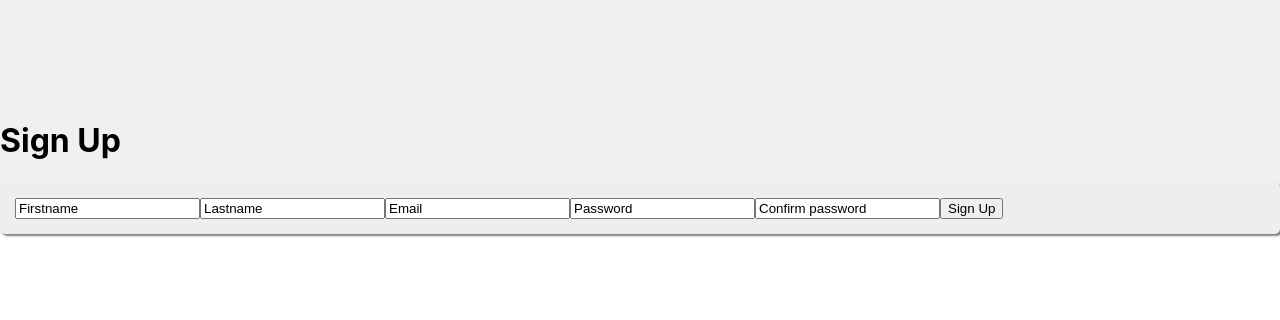
Repository: khamraeva/JSP-homework1-sighup
Page: /
These files come from the project's save history. The page is drawn as it stood at one moment and after the next save; the edit follows.
The browser window is 1280 px wide. The pictures show the whole page.
The project was rebuilt for these pictures with package versions that can differ from the ones it lists, and the page was loaded fresh each time.

Above is the page before, as saved 2020-07-22 16:35:18.

After the next save:
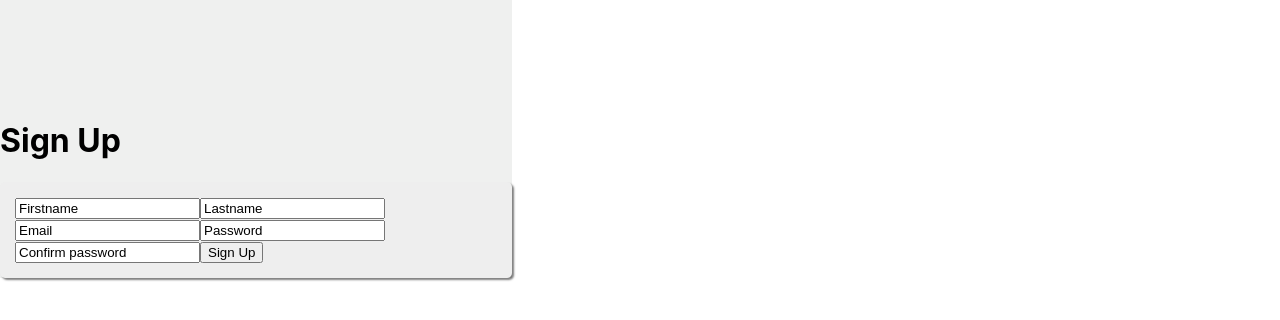
Saved 9 s later.
--- a/src/Components/SignUp/SignUp.css
+++ b/src/Components/SignUp/SignUp.css
@@ -4,6 +4,7 @@
     flex-direction: column;
     padding-top: 100px;
     flex-grow: 1;
+    width: 40%;
     background: rgb(239, 240, 239);
 }
 
